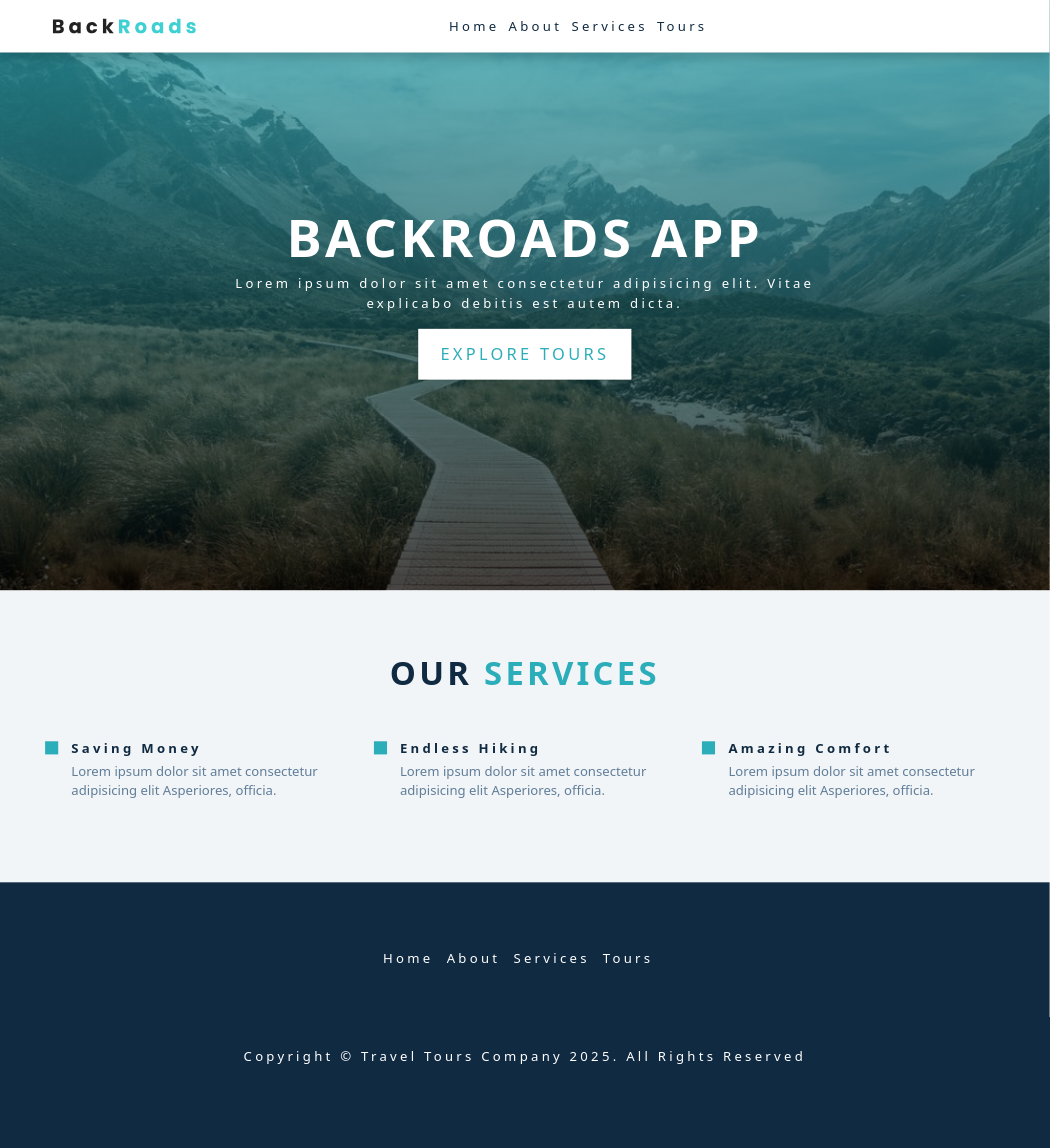
Repository: Megha619801-creator/week4
Page: /services (app in week4-fe-pp/)
These files come from the project's save history. The page is drawn as it stood at one moment and after the next save; the edit follows.
The browser window is 1280 px wide. The pictures show the whole page, at 82% of full size.
The project was rebuilt for these pictures with package versions that can differ from the ones it lists, and the page was loaded fresh each time. Also part of the build but not shown: week4-fe-pp/vite.config.js, week4-fe-pp/src/components/About.jsx, week4-fe-pp/src/components/Tour.jsx, week4-fe-pp/src/components/Tours.jsx. Imported but missing from the stored project, and not drawn on this page: week4-fe-pp/src/components/Home, week4-fe-pp/src/components/NotFound.

Above is the page before, as saved 2025-09-10 11:58:56.

After the next save:
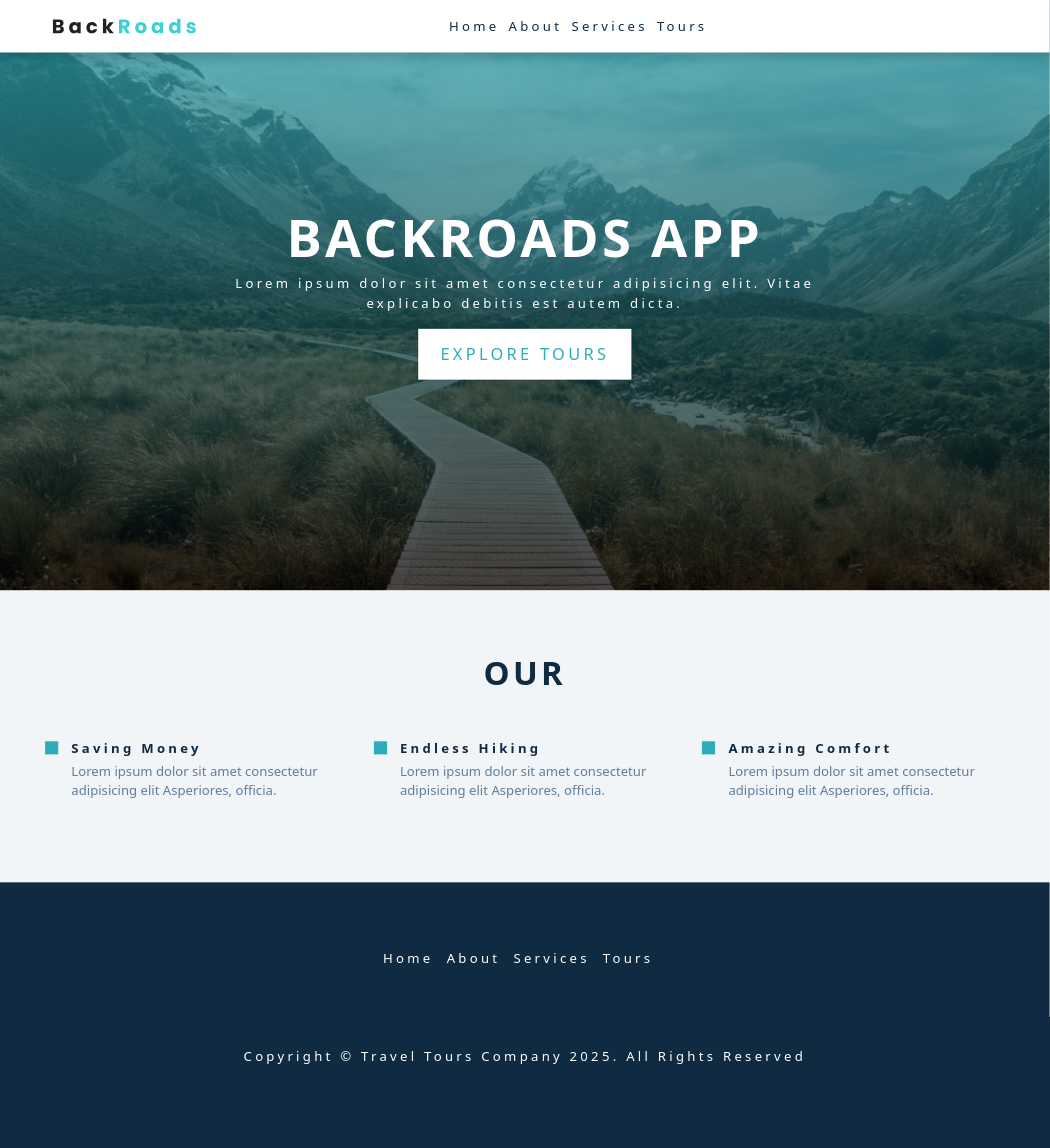
Saved 22 min 13 s later.
--- a/week4-fe-pp/src/components/Services.jsx
+++ b/week4-fe-pp/src/components/Services.jsx
@@ -1,13 +1,15 @@
 import { useState } from "react";
-import { services } from '../data'
-import Title from './Title'
-import Service from './Service'
+import { services } from "../data";
+import Title from "./Title";
+import Service from "./Service";
 
 const Services = () => {
+  // put services array into state
   const [servicesData, setServicesData] = useState(services);
+
   return (
-    <section className='section services' id='services'>
-      <Title title='our' subTitle='services' />
+    <section className="section services" id="services">
+      <Title title="our" subtitle="services" />
 
       <div className="section-center services-center">
         {servicesData.map((service) => {
@@ -15,6 +17,6 @@ const Services = () => {
         })}
       </div>
     </section>
-  )
-}
+  );
+};
 export default Services;
